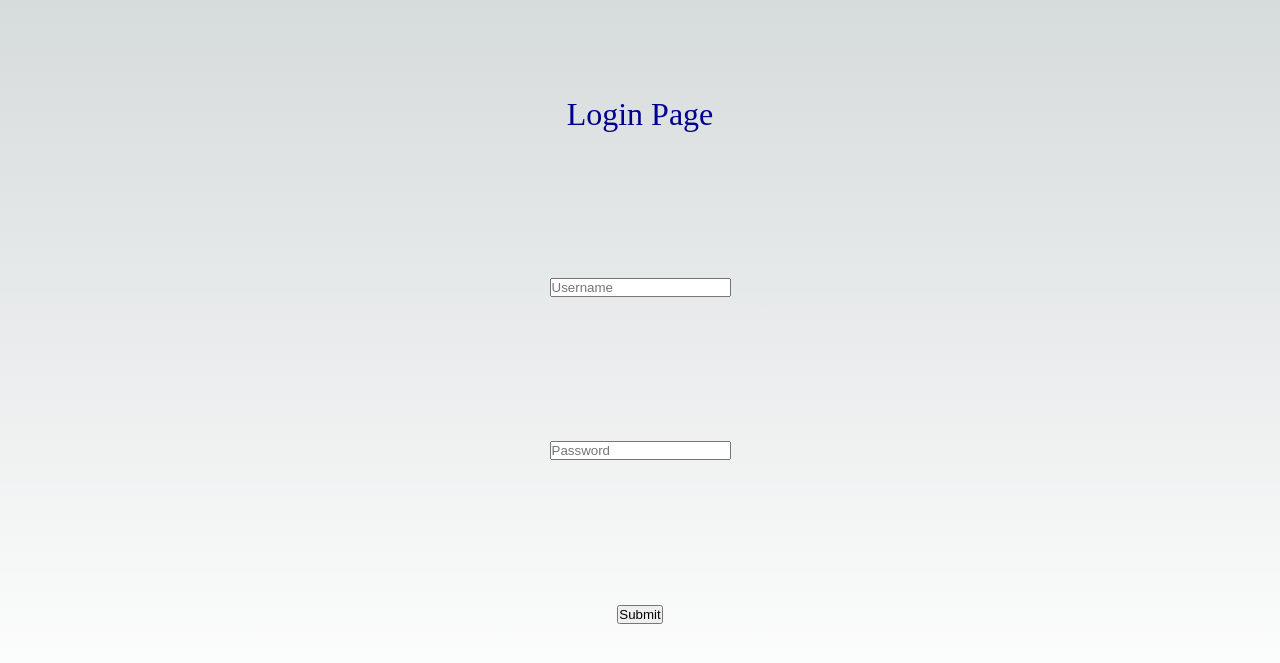
Repository: SaraShio/counter
Page: /
These files come from the project's save history. The page is drawn as it stood at one moment and after the next save; the edit follows.
The browser window is 1280 px wide. The pictures show the whole page.
The project was rebuilt for these pictures with package versions that can differ from the ones it lists, and the page was loaded fresh each time. The framework's server and built-in components were replaced by stand-ins that run in the browser. Also part of the build but not shown: next.config.js.

Above is the page before, as saved 2023-01-15 16:54:58.

After the next save:
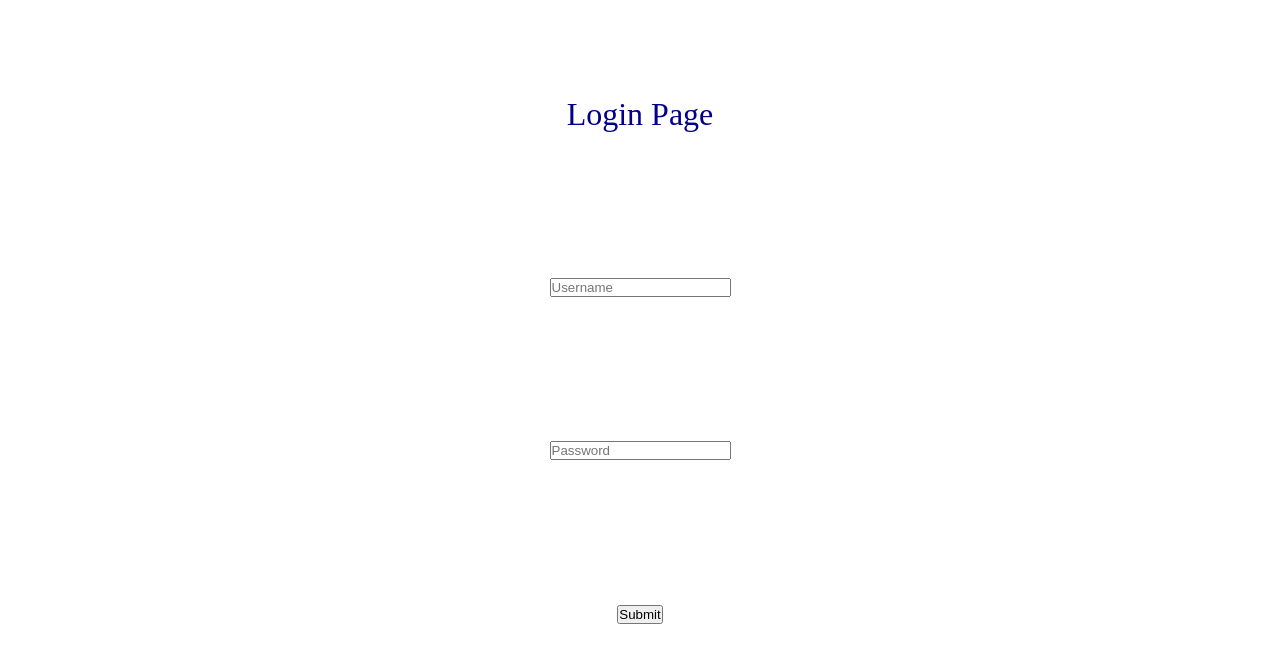
Saved 2 min 8 s later.
--- a/styles/globals.css
+++ b/styles/globals.css
@@ -10,10 +10,10 @@
   --background-end-rgb: 255, 255, 255;
 
   --primary-glow: conic-gradient(from 180deg at 50% 50%,
-      #f844e0e4 0deg,
+      #16abff33 0deg,
       #0885ff33 55deg,
       #54d6ff33 120deg,
-      #da33d4cb 160deg,
+      #0071ff33 160deg,
       transparent 360deg);
   --secondary-glow: radial-gradient(rgba(255, 255, 255, 1),
       rgba(255, 255, 255, 0));
@@ -79,7 +79,7 @@ body {
   color: rgb(var(--foreground-rgb));
   background: linear-gradient(to bottom,
       transparent,
-      rgb(var(--background-end-rgb))) rgb(var(--background-start-rgb));
+      rgb(pink)) rgb(var(--background-start-rgb));
 }
 
 a {
